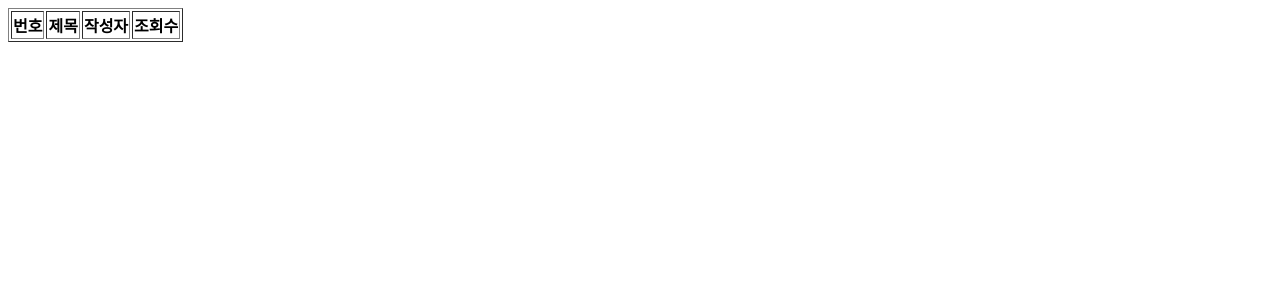
Repository: Luho0113/SpringBootStudy
Page: http://localhost/web/board.jsp
The author's editor kept a copy of each file at every save. The page is drawn from the files as they stood at one save, then again after the next save.
The browser window is 1280 px wide. The pictures show the whole page.
The page is served by Tomcat 9. Other server files are loaded and not shown. Queries for data that is not in the repository find no rows.

Above is the page before, as saved 2023-05-03 05:58:47.

### web/src/main/webapp/board.jsp
<%@page import="java.sql.ResultSet"%>
<%@page import="java.sql.Statement"%>
<%@page import="java.sql.DriverManager"%>
<%@page import="java.sql.Connection"%>
<%@ page language="java" contentType="text/html; charset=UTF-8"
	pageEncoding="UTF-8"%>

<!DOCTYPE html>
<html>
<head>
<meta charset="UTF-8">
<title>Board</title>
</head>
<body>
	<%
	Connection con; //커넥션 준비
	Class.forName("com.mysql.cj.jdbc.Driver"); //jdbc 준비 ex)유심장착

	String url = "jdbc:mysql://localhost/nothing"; //ex) 전화번호
	String id = "root";
	String pwd = "1234";

	con = DriverManager.getConnection(url, id, pwd);
	Statement stmt = con.createStatement();
	ResultSet rs = stmt.executeQuery("SELECT BI_NUM, BI_TITLE, BI_CONTENT, BI_WRITER, BI_CNT, BI_DATE FROM BOARD_INFO");
	%>

	<table border="1">
		<tr>
			<th>번호</th>
			<th>제목</th>
			<th>작성자</th>
			<th>조회수</th>
		</tr>
		<%
		while (rs.next()) {
			int biNum = rs.getInt("BI_NUM");
			String biTitle = rs.getString("BI_TITLE");
			String biWriter = rs.getString("BI_WRITER");
			int biCnt = rs.getInt("BI_CNT");
			out.println("<tr>");
			out.println("<td>" + biNum + "</td>");
			out.println("<td>" + biTitle + "</td>");
			out.println("<td>" + biWriter + "</td>");
			out.println("<td>" + biCnt + "</td>");
			out.println("<tr>");
		}
		%>

	</table>
</body>
</html>

After the next save:
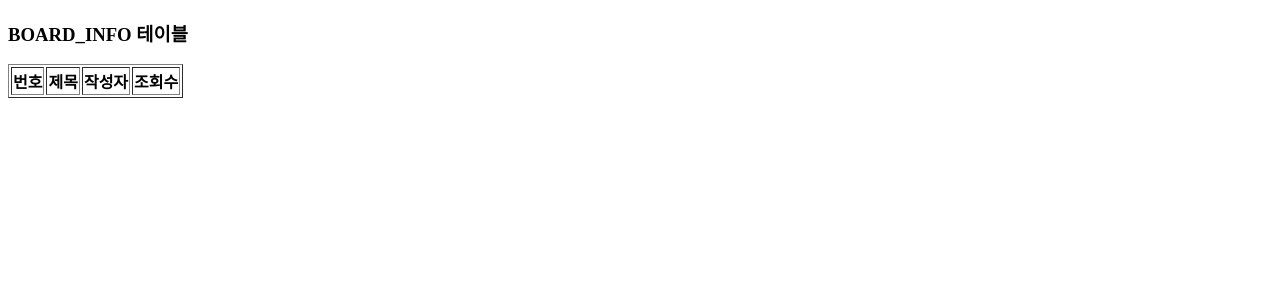
Saved 38 min 23 s later.
--- a/web/src/main/webapp/board.jsp
+++ b/web/src/main/webapp/board.jsp
@@ -24,7 +24,9 @@
 	Statement stmt = con.createStatement();
 	ResultSet rs = stmt.executeQuery("SELECT BI_NUM, BI_TITLE, BI_CONTENT, BI_WRITER, BI_CNT, BI_DATE FROM BOARD_INFO");
 	%>
-
+	<%
+	out.println("<h3>" + "BOARD_INFO 테이블" + "</h3>");
+	%>
 	<table border="1">
 		<tr>
 			<th>번호</th>
